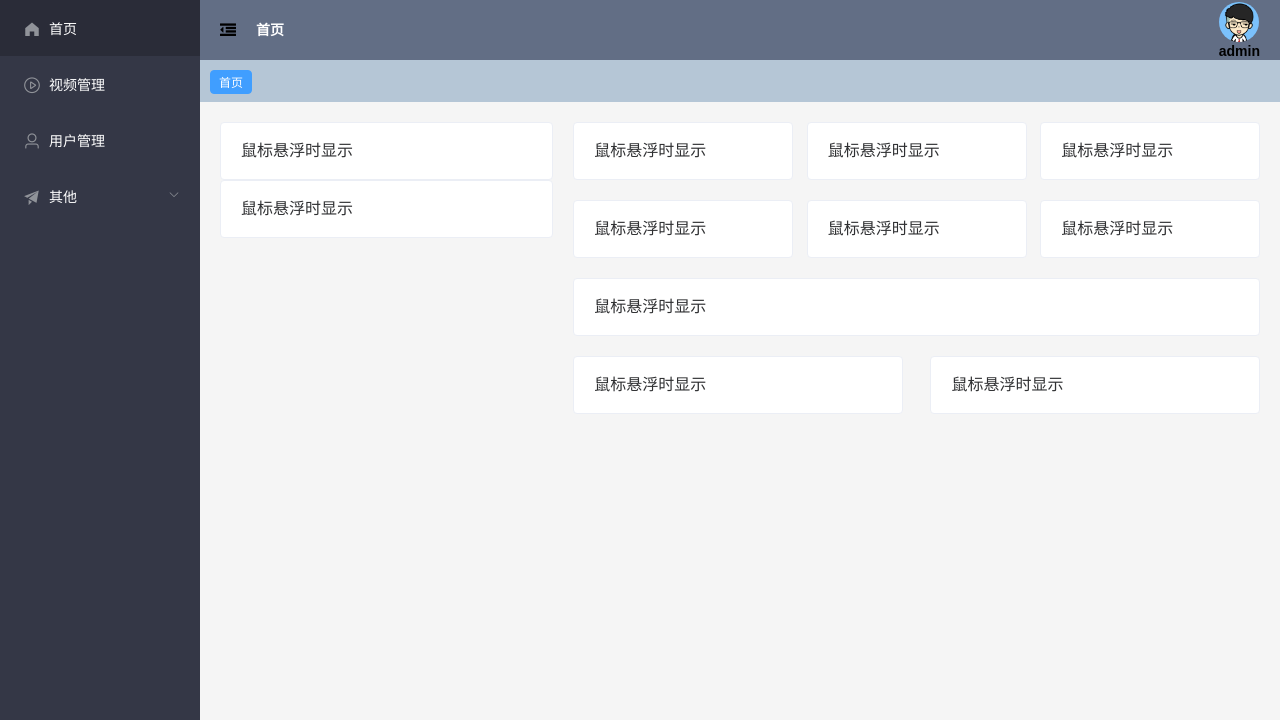
Repository: coWhy/vue-manage
Page: /
An editor plug-in stored every save of this project. The page is shown before and after the next save, followed by the edit.
The browser window is 1280 px wide. The pictures show the whole page.
The project was rebuilt for these pictures with package versions that can differ from the ones it lists, and the page was loaded fresh each time. Also part of the build but not shown: vue.config.js.

Above is the page before, as saved 2020-04-13 22:47:44.

After the next save:
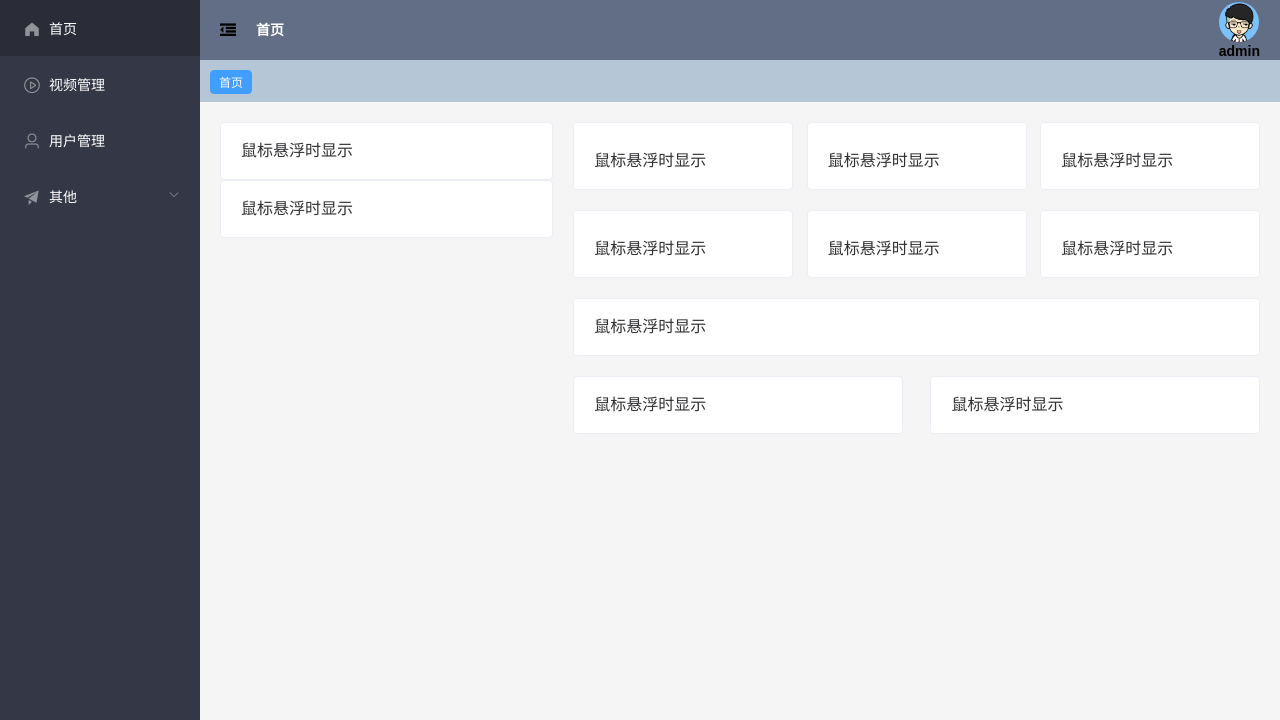
Saved 23 s later.
--- a/src/views/home/index.vue
+++ b/src/views/home/index.vue
@@ -17,7 +17,10 @@
           <!-- 图标部分 -->
           <i class="icon"></i>
           <!-- 详情部分  -->
-          <div class="detail"></div>
+          <div class="detail">
+            <p class="num"></p>
+            <p class="txt"></p>
+          </div>
           鼠标悬浮时显示
         </el-card>
       </div>
